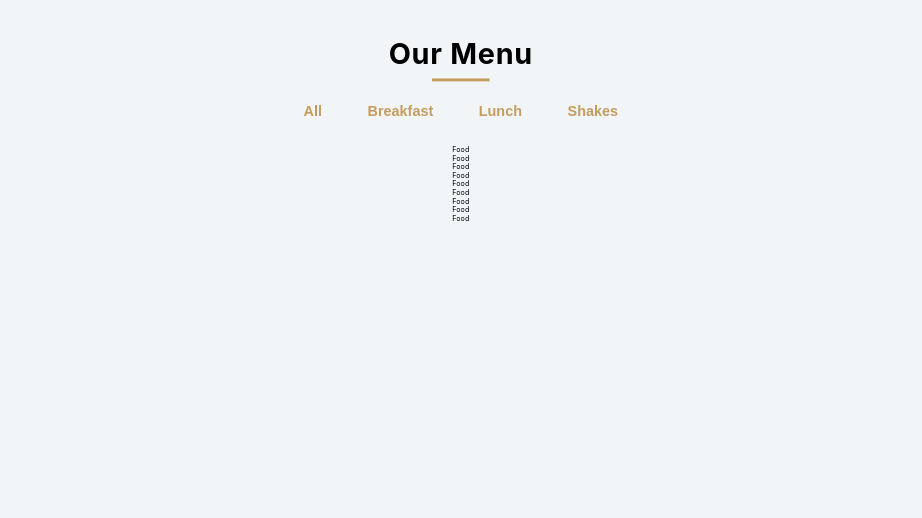
Repository: thaiduy1704/TypeScriptBasic
Page: / (app in 05-Menu/)
These files come from the project's save history. The page is drawn as it stood at one moment and after a run of saves; the edit follows.
The browser window is 1280 px wide. The pictures show the whole page, at 72% of full size.
The project was rebuilt for these pictures with package versions that can differ from the ones it lists, and the page was loaded fresh each time.

Above is the page before, as saved 2022-10-28 17:20:00.

After the next 3 saves:
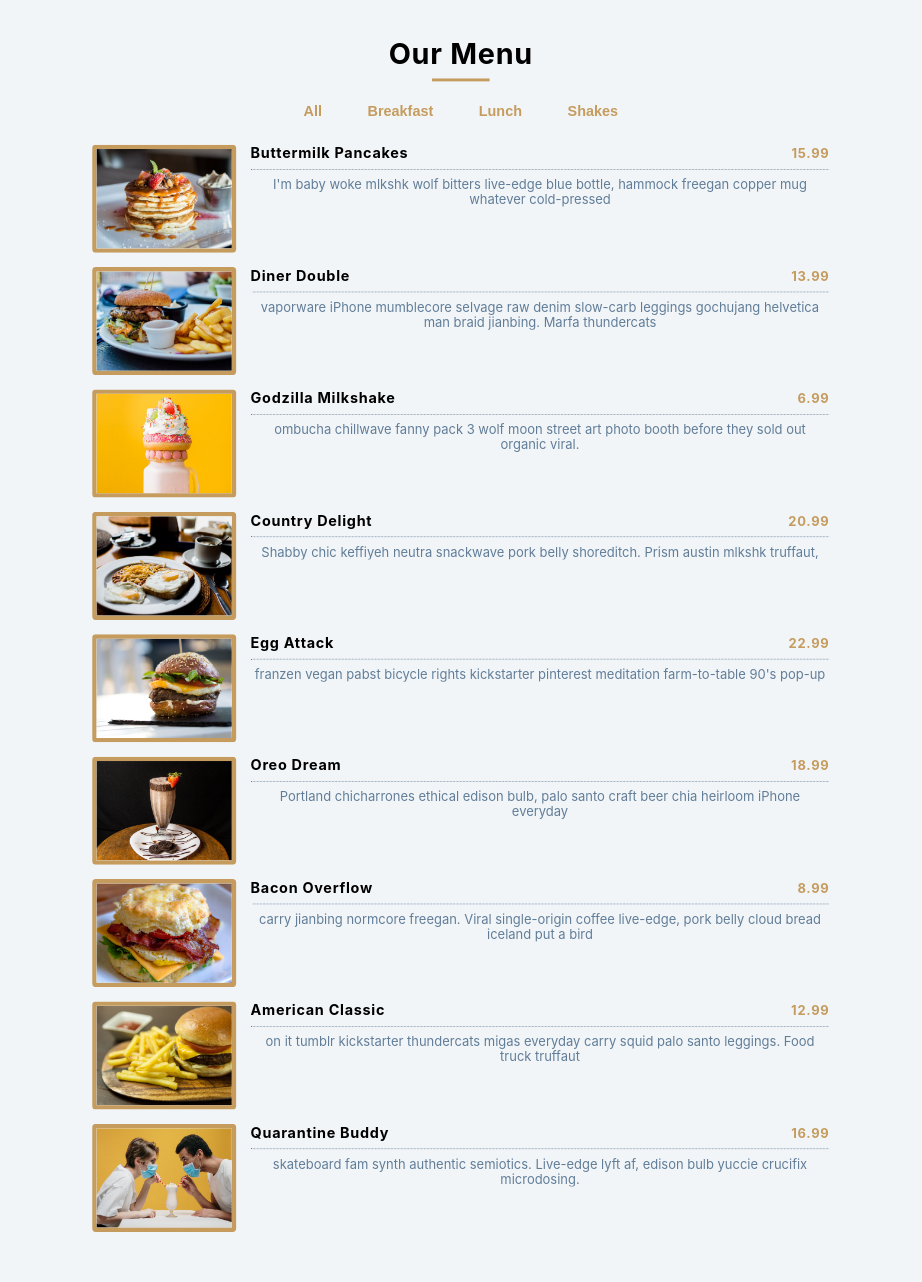
The 3 saves are shown as one change because 2 did not build or start.
The last was saved 53 s later.
--- a/05-Menu/src/components/Food.tsx
+++ b/05-Menu/src/components/Food.tsx
@@ -1,4 +1,4 @@
-import React from 'react';
+import styled from 'styled-components';
 export interface IFood {
 	id: number;
 	title: string;
@@ -8,7 +8,52 @@ export interface IFood {
 	desc: string;
 }
 const Food = ({ id, title, price, img, desc, category }: IFood) => {
-	return <div>Food</div>;
+	return (
+		<Wrapper>
+			<img src={img} alt={title} />
+			<div className='info'>
+				<header>
+					<h3>{title}</h3>
+					<h4>{price}</h4>
+				</header>
+				<p>{desc}</p>
+			</div>
+		</Wrapper>
+	);
 };
 
+const Wrapper = styled.article`
+	display: grid;
+	grid-template-columns: 20rem 1fr;
+	grid-gap: 2rem;
+	margin-bottom: 2rem;
+	img {
+		width: 100%;
+		height: 150px;
+		object-fit: cover;
+		border: 6px solid var(--clr-primary);
+		border-radius: var(--radius);
+	}
+	@media only screen and (max-width: 1200px) {
+		img {
+			height: 200px;
+		}
+	}
+	header {
+		display: flex;
+		align-items: center;
+		justify-content: space-between;
+		border-bottom: 1px dotted #617d98;
+		margin-bottom: 1rem;
+
+		h3 {
+			font-size: 2rem;
+		}
+		h4 {
+			font-size: 1.8rem;
+			color: var(--clr-primary);
+		}
+	}
+`;
+
 export default Food;
